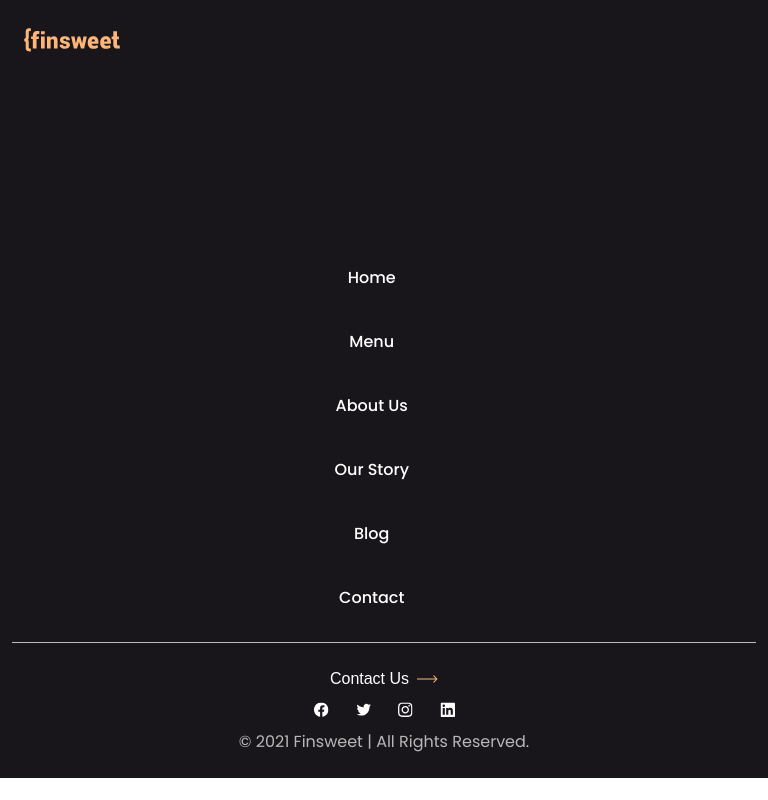
Repository: Minns-Cao/project-finsweet
Page: contact.html
The author's editor kept a copy of each file at every save. The page is drawn from the files as they stood at one save, then again after a run of saves.
The browser window is 768 px wide. The pictures show the whole page.
Some web fonts or font styles are not loaded; a fallback is used.

Above is the page before, as saved 2023-04-28 14:55:18.

After the next 2 saves:
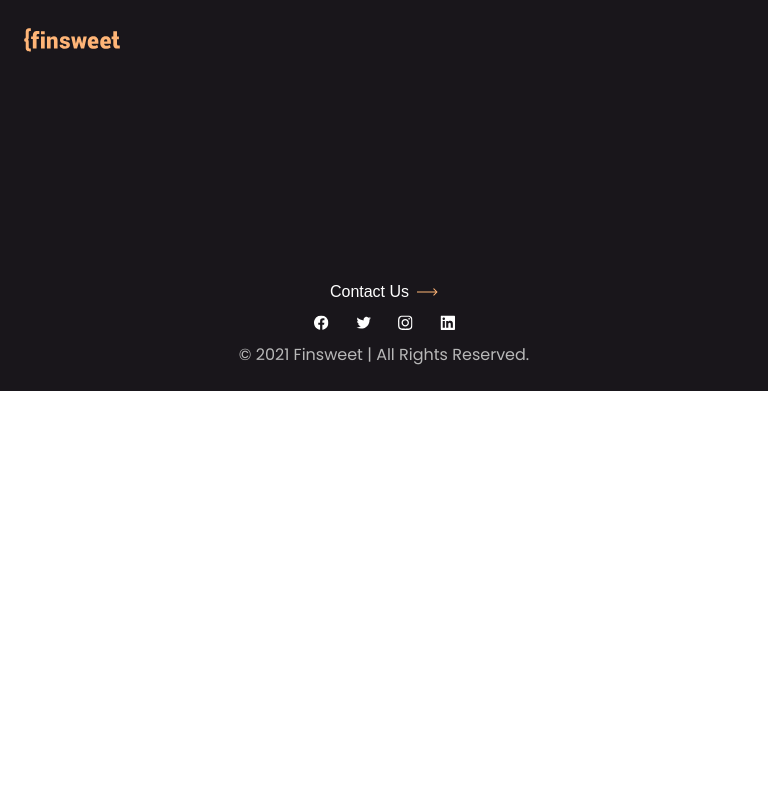
The 2 saves are shown as one change because they came seconds apart.
The last was saved 9 min 25 s later.
--- a/assets/css/style.css
+++ b/assets/css/style.css
@@ -242,7 +242,8 @@ a {
     }
 
     /* Footer */
-    .footer .logo {
+    .footer .logo,
+    .footer .nav {
         display: none;
     }
 
